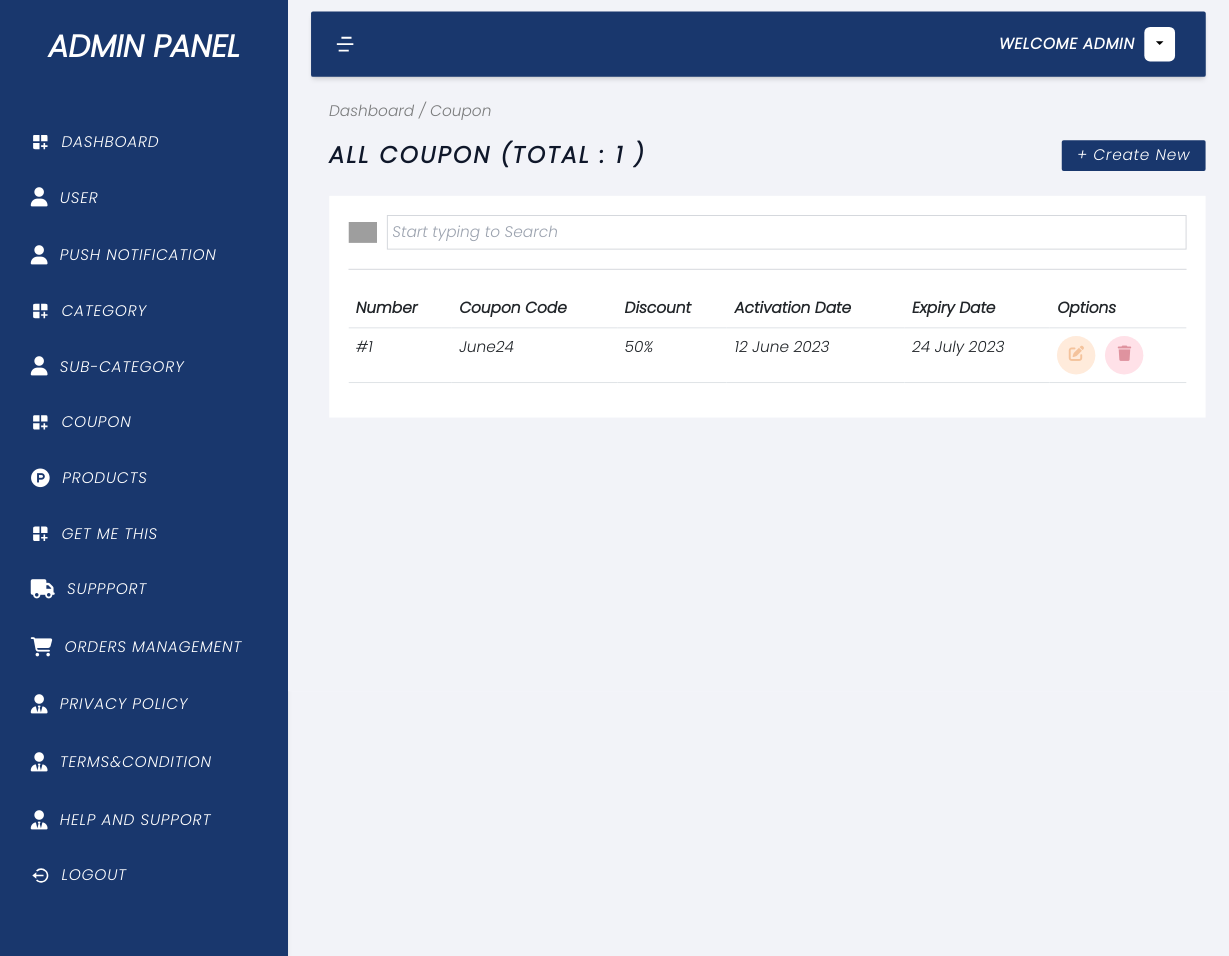
Repository: arpanmalik/project-khanna
Page: /coupon
An editor plug-in stored every save of this project. The page is shown before and after the next save, followed by the edit.
The browser window is 1280 px wide. The pictures show the whole page, at 96% of full size.
Pictures or frames that could not be fetched are drawn as grey boxes. Some web libraries are served in a nearby version. The project was rebuilt for these pictures with package versions that can differ from the ones it lists, and the page was loaded fresh each time. Also part of the build but not shown: src/E-CommerceAdmin/forms/Login.jsx, src/E-CommerceAdmin/pages/Dashboard.jsx, src/E-CommerceAdmin/pages/ECategory.js, src/E-CommerceAdmin/pages/EProduct.js, src/E-CommerceAdmin/pages/EVendorList.js, src/E-CommerceAdmin/pages/EAdminOrders.js, src/E-CommerceAdmin/pages/EAdminProduct.js, src/E-CommerceAdmin/pages/EAdminDelivery.js and 11 more. Imported but missing from the stored project, and not drawn on this page: src/E-CommerceAdmin/pages/Component/SpinnerComp, src/E-CommerceVendor/forms/EVendorLogin, src/E-CommerceVendor/pages/EVCategory, src/E-CommerceVendor/pages/EVCoupon, src/E-CommerceVendor/pages/EVDashboard, src/E-CommerceVendor/pages/EVOrders, src/E-CommerceVendor/pages/EVProduct, src/E-CommerceVendor/pages/EVSubCategory.

Above is the page before, as saved 2023-05-16 16:04:09.

### public/index.html
<!-- @format -->

<!DOCTYPE html>
<html lang="en">
  <head>
    <meta charset="utf-8" />
    <meta name="viewport" content="width=device-width, initial-scale=1" />
    <meta name="theme-color" content="#000000" />
    <meta
      name="description"
      content="Web site created using create-react-app"
    />
    <link rel="manifest" href="%PUBLIC_URL%/manifest.json" />
    <link rel="preconnect" href="https://fonts.googleapis.com">
<link rel="preconnect" href="https://fonts.gstatic.com" crossorigin>
<link href="https://fonts.googleapis.com/css2?family=Roboto+Mono:ital,wght@1,300&display=swap" rel="stylesheet">
    <title>Admin Panel</title>
  </head>
  <body>
    <noscript>You need to enable JavaScript to run this app.</noscript>
    <div id="root"></div>
    <script src="https://code.jquery.com/jquery-3.6.0.min.js"></script>
    <script src="https://kit.fontawesome.com/b533b351e4.js" crossorigin="anonymous"></script>
  </body>
</html>

### src/index.js
import React from "react";
import ReactDOM from "react-dom/client";
import "./index.css";
import App from "./App";
import { BrowserRouter } from "react-router-dom";
import 'bootstrap/dist/css/bootstrap.min.css'

const root = ReactDOM.createRoot(document.getElementById("root"));
root.render(
  <React.StrictMode>
    <BrowserRouter>
      <App />
    </BrowserRouter>
  </React.StrictMode>
);

### src/index.css
/** @format */

@tailwind base;
@tailwind components;
@tailwind utilities;

@import url("https://fonts.googleapis.com/css2?family=Roboto+Mono:ital,wght@1,300&display=swap");
@font-face {
  font-family: Roboto;
  src: url("./Fonts/Poppins-LightItalic.ttf");
}

body {
  margin: 0;
  font-family: Roboto !important;
  -webkit-font-smoothing: antialiased;
  -moz-osx-font-smoothing: grayscale;
}

code {
  font-family: Roboto !important;
}

html {
  font-family: Roboto !important;
}

::-webkit-scrollbar {
  width: 10px;
}
.fa-trash {
  color: red;
  cursor: pointer;
}

.iCOn {
  transition: 0.5s;
  box-shadow: none;
  transform: scale(1);
}
.cardDiv {
  cursor: pointer;
}

.cardDiv:hover .iCOn {
  box-shadow: rgba(0, 0, 0, 0.35) 0px 5px 15px;
  transform: scale(1.3);
}

/* Track */
::-webkit-scrollbar-track {
  background: #f1f1f1;
}

/* Handle */
::-webkit-scrollbar-thumb {
  background: #888;
}

/* Handle on hover */
::-webkit-scrollbar-thumb:hover {
  background: #555;
}
.profileImage {
  width: 100px;
}
.fa-eye {
  color: #029aff;
  cursor: pointer;
}
.fa-edit {
  cursor: pointer;
  color: blue;
}

.View {
  border: 1px solid black;
  width: 100%;
  padding: 10px;
}

.main-card--container {
  display: grid;
  grid-template-columns: repeat(3, minmax(300px, 500px));
  grid-gap: 50px;
  justify-content: space-around;
}
.card-container {
  margin: 25px 0 auto;
  box-shadow: rgba(0, 0, 0, 0.35) 0px 5px 15px;
  position: relative;
  display: grid;
  grid-template-columns: 1fr;
  justify-content: space-around;
  align-items: flex-start;
}

.myEdit:focus {
  box-shadow: rgba(0, 0, 0, 0.35) 0px 5px 15px;
}

.AstroLogin {
  color: #fff;
  background-color: #2b7a8e;
  padding: 10px;
  width: 380px;
  text-align: center;
  font-size: 20px;
  background: linear-gradient(to left, #2b7a8e 50%, #fff 50%) right;
  background-size: 200%;
  transition: 0.5s ease-out;
  border: 1px solid #2b7a8e;
  margin-top: 10px;
  text-transform: uppercase;
}
.AstroLogin:hover {
  background-position: left;
  color: #2b7a8e;
}

.EcommerceAdminLogin {
  color: #fff;
  background-color: #19376d;
  padding: 10px;
  width: 380px;
  text-align: center;
  font-size: 20px;
  background: linear-gradient(to left, #19376d 50%, #fff 50%) right;
  background-size: 200%;
  transition: 0.5s ease-out;
  border: 1px solid #19376d;
  margin-top: 10px;
  text-transform: uppercase;
}

.EcommerceAdminLogin:hover {
  background-position: left;
  color: #19376d;
}
.EcommerceVendorLogin {
  color: #fff;
  background-color: #576cbc;
  padding: 10px;
  width: 380px;
  text-align: center;
  font-size: 20px;
  background: linear-gradient(to left, #576cbc 50%, #fff 50%) right;
  background-size: 200%;
  transition: 0.5s ease-out;
  border: 1px solid #576cbc;
  margin-top: 10px;
  text-transform: uppercase;
}

.EcommerceVendorLogin:hover {
  background-position: left;
  color: #576cbc;
}

.view {
  background-color: #2196f3;
  color: #fff;
  width: 50%;
  padding: 5px;
}

.two-sec {
  display: flex;
  justify-content: space-evenly;
  justify-content: space-evenly;
}
.two-sec .left {
  width: 60%;
  background-color: #f6f1ef;
  padding: 20px;
}
.two-sec .left .head {
  font-size: 25px;
  font-weight: bold;
}

.two-sec .right {
  width: 30%;
  background-color: #f6f1ef;
}

.searchDiv {
  width: 100%;
  display: flex;
  gap: 10px;
  border: 1px solid rgb(179, 179, 179);
  padding: 10px;
  margin-bottom: 20px;
  align-items: center;
}
.searchDiv input {
  width: 94%;
  outline: none;
  border: none;
}

.flexCont {
  display: flex;
  align-items: center;
  gap: 10px;
}
.flexCont img {
  width: 60px;
  background-color: #e9ecef;
}

.blockContent {
  display: block;
}
.blockContent p {
  margin: 0;
}

.checkBox {
  width: 50px;
  height: 25px;
  background-color: #e9ecef;
  border-radius: 50px;
  position: relative;
  cursor: pointer;
}
.checkBox span {
  width: 20px;
  height: 20px;
  border-radius: 100%;
  background-color: #fff;
  position: absolute;
  left: 5px;
  top: 2px;
}
.ActivecheckBox {
  width: 50px;
  height: 25px;
  background-color: #0d6efd;
  border-radius: 50px;
  position: relative;
  cursor: pointer;
}
.ActivecheckBox span {
  width: 20px;
  height: 20px;
  border-radius: 100%;
  background-color: #fff;
  position: absolute;
  right: 5px;
  top: 2px;
}

.fa-eye {
  color: #0cba73;
  background-color: #d6f8e8;
  width: 40px;
  text-align: center;
  height: 40px;
  display: flex;
  border-radius: 100%;
  justify-content: center;
  padding-top: 10px;
  transition: 0.5s;
}

.fa-pen-to-square {
  color: #f4c39c;
  background-color: #ffebdb;
  width: 40px;
  text-align: center;
  height: 40px;
  display: flex;
  border-radius: 100%;
  justify-content: center;
  padding-top: 10px;
  cursor: pointer;
  transition: 0.5s;
}
.fa-trash {
  color: #df939f;
  background-color: #ffe1e8;
  width: 40px;
  text-align: center;
  height: 40px;
  display: flex;
  border-radius: 100%;
  justify-content: center;
  padding-top: 10px;
  cursor: pointer;
  transition: 0.5s;
}
.fa-trash:hover {
  transform: scale(1.2);
}
.fa-eye:hover {
  transform: scale(1.2);
}
.fa-pen-to-square:hover {
  transform: scale(1.2);
}
.required {
  color: #e74260;
}

.headP {
  margin-left: 2%;
  color: #7b7c7d;
}
.filterBox {
  display: flex;
  align-items: center;
  gap: 10px;
  border-bottom: 1px solid #d4d7dc;
  padding-bottom: 20px;
  margin-bottom: 20px;
}
.filterBox img {
  width: 30px;
}
.filterBox input {
  width: 100%;
  border: 1px solid #d4d7dc;
  outline: none;
  padding: 5px;
  color: black;
}
.sectionCont {
  width: 98%;
  background-color: #fff;
  margin-left: 2%;
  padding: 20px;
}

.overFlowCont {
  width: 100%;
  overflow-x: auto;
}

.logo {
  width: 300px;
  margin-bottom: 20px;
}

.updateProfile {
  margin-left: 20px;
  border: 1px solid #fff;
  border-radius: 100%;
  font-size: 1.2rem;
  padding: 10px;
  transition: 0.5s;
  cursor: pointer;
}
.updateProfile:hover {
  border: 1px solid #19376d;
  color: #19376d;
  background-color: #fff;
}

.Normalbtn {
  background-color: #19376d !important;
  border: 1px solid #19376d !important;
  border-radius: 0px !important;
}

.ImageCarousel {
  width: 150px !important;
  margin: 0px !important;
  height: 150px !important;
}
.CarouselImages {
  width: 150px !important;
  height: 150px !important;
}
.CarouselImages img {
  width: 100% !important;
  height: 100% !important;
}

.ModalCarousel {
  width: 100% !important;
  height: 500px !important;
}
.ModalCarousel {
  width: 100% !important;
  height: 500px !important;
}
.ModalCarousel img {
  width: 100% !important;
  height: 500px !important;
}

.gridCont {
  display: grid;
  grid-template-columns: auto auto auto;
  justify-content: space-evenly;
}
.gridCont div {
  width: 400px;
  height: 300px;
  box-shadow: rgba(0, 0, 0, 0.35) 0px 5px 15px;
  padding: 10px;
  position: relative;
  margin-top: 20px;
}
.gridCont div img {
  width: 100%;
}
.delete-Btn {
  width: 90%;
  margin-left: 2%;
  color: #c44b3f;
  border: 1px solid #c44b3f;
  position: absolute;
  bottom: 10px;
  transition: 0.5s;
  padding: 10px;
}

.delete-Btn:hover {
  background-color: #c44b3f;
  color: #fff;
}

.BannerCarousel {
  width: 300px;
  margin: 0px !important;
}
.BannerCarouselImage {
  width: 300px;
}
.BannerCarouselImage img {
  width: 100%;
}

.pagination {
  display: flex;
  justify-content: center;
  align-items: center;
  gap: 10px;
  margin-bottom: 20px;
}
.pagination button {
  border: 1px solid black;
  padding: 10px;
}

.activePage {
  background-color: #19376d;
  color: #fff;
  border: 1px solid #19376d !important;
}

.active {
  background-color: #fff;
  color: #19376d !important;
}
.prevBtn {
  background-color: #fff;
  color: #19376d;
  border: 1px solid #19376d !important;
  transition: 0.5s;
}

.prevBtn:hover,
.prevBtn:focus,
.prevBtn:active {
  background-color: #19376d;
  color: #fff;
  border: 1px solid #19376d !important;
}
.nextBtn {
  background-color: #fff;
  color: #19376d;
  border: 1px solid #19376d !important;
  transition: 0.5s;
}

.nextBtn:hover,
.nextBtn:focus,
.nextBtn:active {
  background-color: #19376d;
  color: #fff;
  border: 1px solid #19376d !important;
}

.dangerBox {
  position: relative;
}
.dangerBox i {
  position: absolute;
  top: 50%;
  left: 90%;
  transform: translate(-50%, -50%);
  cursor: pointer;
}



#dropdown-basic{
  background-color: white;
  color: #000;
  border: none;
}

### src/E-CommerceAdmin/layout/HOC.jsx
/** @format */

import React, { useState } from "react";
import Navbar from "./Navbar";
import Sidebar from "./Sidebar";

const HOC = (Wcomponenet) => {
  return function Component() {
    const [hamb, setHamb] = useState(false);
    return (
      <>
        <section
          className="flex overflow-x-hidden relative "
          style={{ backgroundColor: "#f2f3f8" }}
        >
          {/* Sidebar */}
          <div
            className={
              hamb
                ? " absolute top-0 z-30 md:w-auto shadow-md bg-slate-200  w-60 transition-all md:-left-full left duration-150  h-auto overflow-y-auto  left-0 "
                : " md:w-72 z-30 bg-slate-200  shadow-md  md:static absolute top-0 -left-full   transition-all duration-150  overflow-y-auto h-auto"
            }
            style={{ minWidth: "300px" }}
          >
            <Sidebar hamb={hamb} setHamb={setHamb} />
          </div>
          {/* Components & Navbar */}
          <div
            className={
              hamb
                ? " transition-all px-4 py-2  duration-150 w-full h-screen"
                : " w-full h-screen  px-4 py-2   z-50 transition-all duration-150 "
            }
            style={{ backgroundColor: "#f2f3f8" }}
          >
            <Navbar hamb={hamb} setHamb={setHamb} />
            <div className="my-6 text-#000 h-[87%] wcomp overflow-y-auto">
              {" "}
              <Wcomponenet />
            </div>
          </div>
        </section>
      </>
    );
  };
};

export default HOC;

### src/E-CommerceAdmin/layout/Navbar.jsx
/** @format */
import { RiMenu4Line } from "react-icons/ri";
import Dropdown from "react-bootstrap/Dropdown";
import { UpdateProfile } from "../../Modals";
import { useState } from "react";
import { useNavigate } from "react-router-dom";
import { toast } from "react-toastify";

const Navbar = ({ hamb, setHamb }) => {
  const [modalShow, setModalShow] = useState(false);
  const navigate = useNavigate();

  function LogOut () {
    navigate('/')
    toast.success("Logged Out")
  }

  return (
    <>
      <UpdateProfile show={modalShow} onHide={() => setModalShow(false)} />
      <div
        className={
          hamb
            ? "flex  w-full justify-between  my-1 rounded-sm  p-4 py-3 shadow-md items-center  bg-slate-200 space-x-4"
            : "flex  w-full justify-between my-1 rounded-sm  p-4 py-3 shadow-md items-center  bg-slate-200 space-x-4"
        }
        style={{ backgroundColor: "#19376d" }}
      >
        <RiMenu4Line
          onClick={() => setHamb(!hamb)}
          className="text-2xl font-bold text-gray-900 hover:scale-90 cursor-pointer"
          style={{ color: "#fff" }}
        />

        <section className="flex sm:ml-auto justify-end sm:w-full items-center space-x-2  pr-2">
          <figcaption
            className="tracking-wider pl-1 font-semibold d-flex"
            style={{ gap: "10px", alignItems: "center" }}
          >
            <div
              className="lg:text-base text-sm text-gray-900  uppercase"
              style={{ color: "#fff" }}
            >
              Welcome Admin
            </div>
            <Dropdown>
              <Dropdown.Toggle id="dropdown-basic"></Dropdown.Toggle>

              <Dropdown.Menu>
                <Dropdown.Item onClick={() => setModalShow(true)}>
                  Update Profile <i className="fa-solid fa-user"></i>{" "}
                </Dropdown.Item>
                <Dropdown.Item onClick={() => LogOut()} >
                  Logout <i className="fa-solid fa-right-from-bracket"></i>{" "}
                </Dropdown.Item>
              </Dropdown.Menu>
            </Dropdown>
          </figcaption>
        </section>
      </div>
    </>
  );
};

export default Navbar;

### src/E-CommerceAdmin/layout/Sidebar.jsx
/** @format */

import React from "react";
import { RiCloseLine } from "react-icons/ri";
import { Link, useNavigate } from "react-router-dom";
import { BiLogOutCircle } from "react-icons/bi";
import { MdDashboardCustomize } from "react-icons/md";

const Sidebar = ({ hamb, setHamb }) => {
  const navigate = useNavigate();

  const nav = [
    {
      icon: <MdDashboardCustomize className="text-xl mr-3 rounded-full " />,
      link: "/dashboard ",
      name: "Dashboard",
    },
    {
      icon: <i className="fa-solid fa-user text-xl mr-3 rounded-full"></i>,
      link: "/Admin",
      name: "User",
    },
    {
      icon: <i className="fa-solid fa-user text-xl mr-3 rounded-full"></i>,
      link: "/pushNotification",
      name: "Push Notification",
    },  {
      icon: <MdDashboardCustomize className="text-xl mr-3 rounded-full " />,
      link: "/Category",
      name: "Category",
    },

    {
      icon: <i className="fa-solid fa-user text-xl mr-3 rounded-full"></i>,
      link: "/sub-category",
      name: "Sub-Category",
    },

    {
      icon: <MdDashboardCustomize className="text-xl mr-3 rounded-full " />,
      link: "/coupon",
      name: "Coupon",
    },
    {
      icon: (
        <i className="fa-brands fa-product-hunt text-xl mr-3 rounded-full"></i>
      ),
      link: "/Product",
      name: "Products",
    },






    {
      icon: <MdDashboardCustomize className="text-xl mr-3 rounded-full " />,
      link: "/getMeThis",
      name: "Get Me This",
    },
    {
      icon: <i className="fa-solid fa-truck  text-xl mr-3 rounded-full"></i>,
      link: "/Support",
      name: "Suppport",
    },
    {
      icon: (
        <i className="fa-solid fa-cart-shopping text-xl mr-3 rounded-full"></i>
      ),
      link: "/Orders",
      name: "Orders Management",
    },

    {
      icon: <i className="fa-solid fa-user-tie text-xl mr-3 rounded-full"></i>,
      link: "/privacy",
      name: "Privacy Policy",
    },
    {
      icon: <i className="fa-solid fa-user-tie text-xl mr-3 rounded-full"></i>,
      link: "/terms",
      name: "Terms&Condition",
    },
    // {
    //   icon: <i className="fa-solid fa-user-tie text-xl mr-3 rounded-full"></i>,
    //   link: "/helpSupport",
    //   name: "Help and Support",
    // },
    {
      icon: <i className="fa-solid fa-user-tie text-xl mr-3 rounded-full"></i>,
      link: "/complaints",
      name: "Help and Support",
    },
  ];

  const logOut = () => {
    localStorage.clear()
    navigate("/");
  };

  return (
    <>
      <aside
        className="p-4 h-auto"
        style={{ backgroundColor: "#19376d", minHeight: "100vh" }}
      >
        {/* Top */}
        <div className="w-full md:hidden relative  p-2 mb-4">
          <RiCloseLine
            onClick={() => setHamb(!hamb)}
            className="text-3xl  absolute top-2 sm:hover:rotate-[228deg] transition-transform font-bold right-2 sm:hover:text-[22px] text-[rgb(241,146,46)] cursor-pointer"
          />
        </div>{" "}
        <figure className="flex  flex-col items-center">
          <span
            className="font-bold text-[#fff]"
            style={{
              fontSize: "2rem",
              textAlign: "center",
              textTransform: "uppercase",
            }}
          >
            {" "}
            ADMIN PANEL
          </span>
        </figure>
        <nav className="py-6">
          {nav.map((nav) => {
            return (
              <Link
                to={nav.link}
                key={nav.name}
                className=""
                style={{ textDecoration: "none", textTransform: "uppercase" }}
              >
                <span
                  className="flex my-3 items-center cursor-pointer text-gray-900    tracking-wider p-2 rounded-sm"
                  style={{ color: "#FFF" }}
                >
                  {nav.icon} {nav.name}
                </span>
              </Link>
            );
          })}
          <span
            className="flex my-3 items-center cursor-pointer text-gray-900    tracking-wider p-2 rounded-sm"
            onClick={() => logOut()}
            style={{ color: "#FFF", textTransform: "uppercase" }}
          >
            <BiLogOutCircle className="text-xl mr-3 rounded-full " /> LogOut
          </span>
        </nav>
      </aside>
    </>
  );
};

export default Sidebar;

### src/Modals.js
/** @format */

import { Button, Form, Modal } from "react-bootstrap";

export function UpdateProfile(props) {
  return (
    <Modal
      {...props}
      size="lg"
      aria-labelledby="contained-modal-title-vcenter"
      centered
    >
      <Modal.Header closeButton>
        <Modal.Title id="contained-modal-title-vcenter">
          Update Profile Details
        </Modal.Title>
      </Modal.Header>
      <Modal.Body>
        <Form>
          <Form.Group className="mb-3">
            <Form.Label> User Name </Form.Label>
            <Form.Control type="text" />
          </Form.Group>
          <Form.Group className="mb-3">
            <Form.Label> Email Address </Form.Label>
            <Form.Control type="email" />
          </Form.Group>
          <Form.Group className="mb-3">
            <Form.Label> Password </Form.Label>
            <Form.Control type="password" />
          </Form.Group>
          <Form.Group className="mb-3">
            <Form.Label> Confirm Password </Form.Label>
            <Form.Control type="password" />
          </Form.Group>
          <Button variant="outline-success" >Submit</Button>
        </Form>
      </Modal.Body>
    </Modal>
  );
}

Loaded but not shown: tailwind.config.js (common file); src/E-CommerceAdmin/pages/Coupon.js (169 lines, source omitted); src/App.js (92 lines, source omitted)

After the next save:
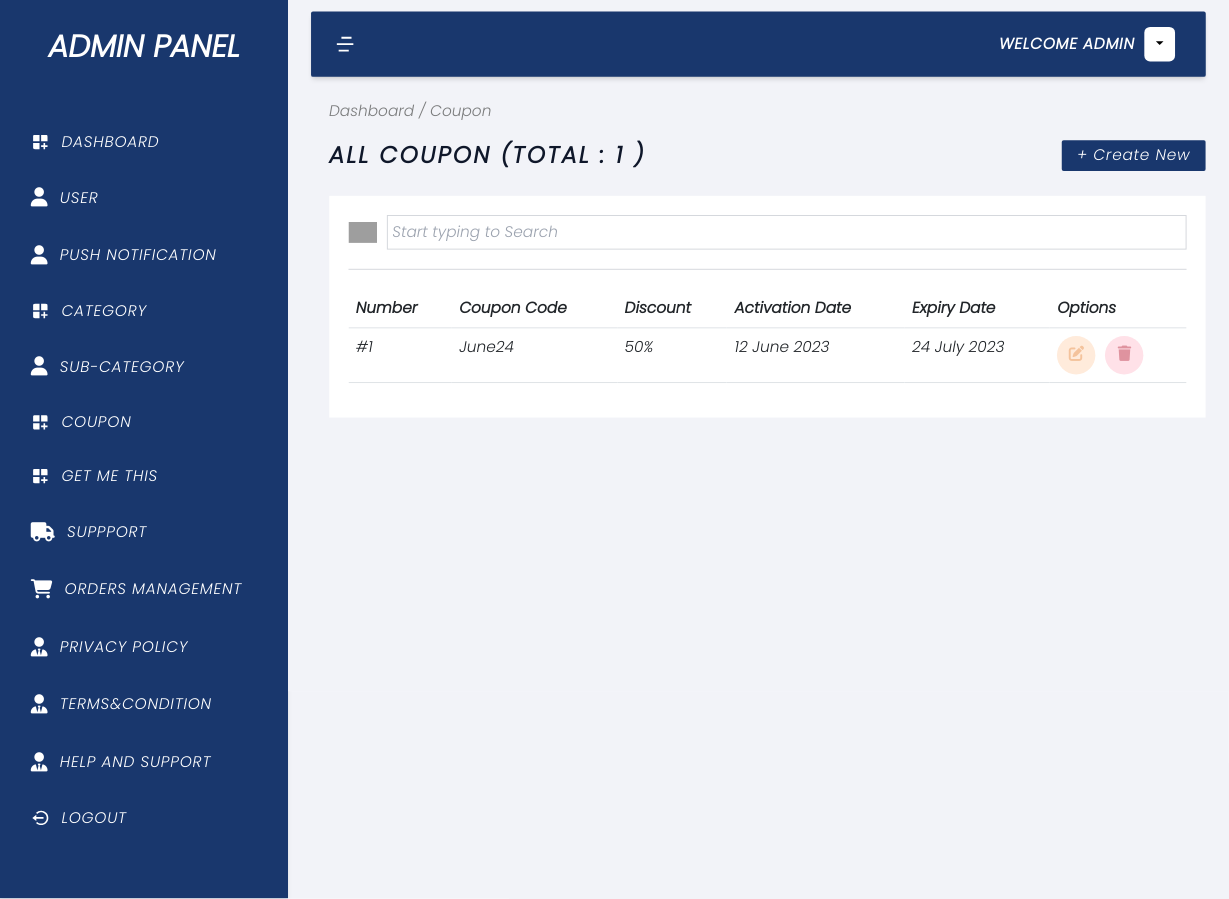
Saved 11 s later.
--- a/src/E-CommerceAdmin/layout/Sidebar.jsx
+++ b/src/E-CommerceAdmin/layout/Sidebar.jsx
@@ -41,13 +41,13 @@ const Sidebar = ({ hamb, setHamb }) => {
       link: "/coupon",
       name: "Coupon",
     },
-    {
-      icon: (
-        <i className="fa-brands fa-product-hunt text-xl mr-3 rounded-full"></i>
-      ),
-      link: "/Product",
-      name: "Products",
-    },
+    // {
+    //   icon: (
+    //     <i className="fa-brands fa-product-hunt text-xl mr-3 rounded-full"></i>
+    //   ),
+    //   link: "/Product",
+    //   name: "Products",
+    // },
 
 
 
